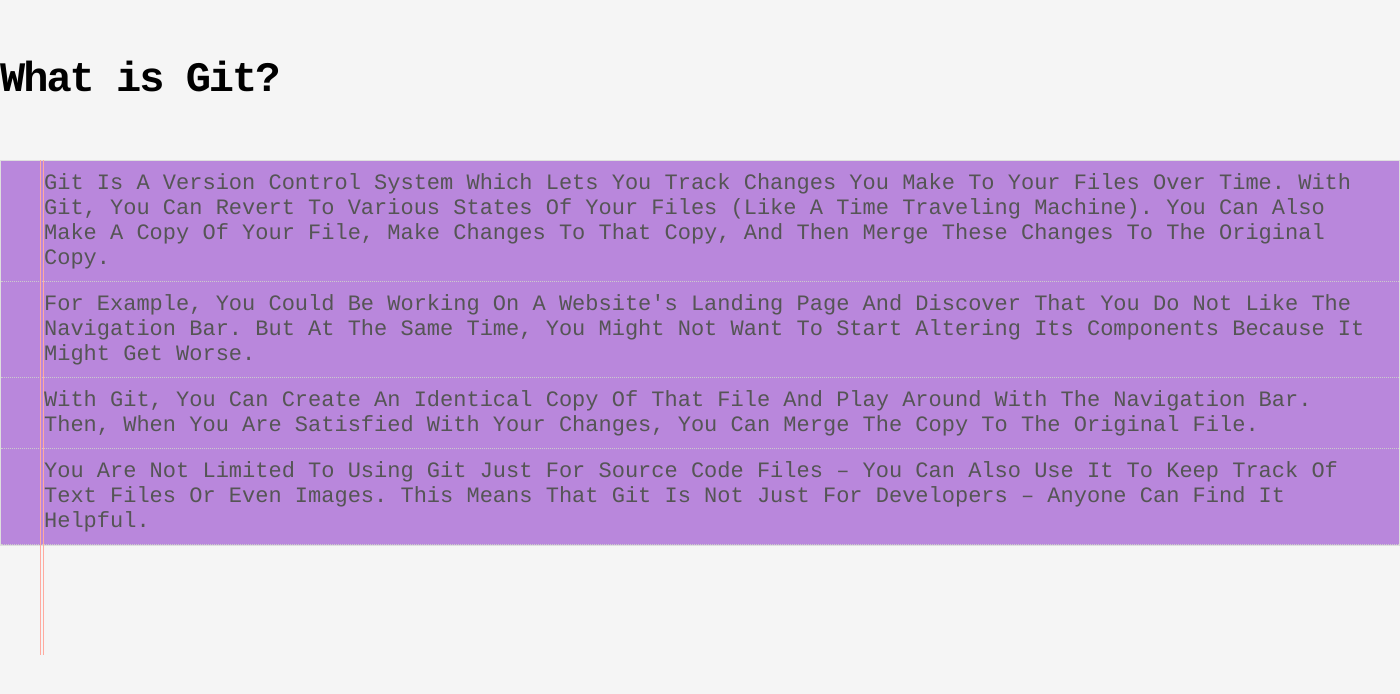
Repository: dev-singh-kanyal/Archive-git_github
Page: src/what is git.html
The author's editor kept a copy of each file at every save. The page is drawn from the files as they stood at one save, then again after the next save.
The browser window is 1280 px wide. The page is 1400 px wide, so the pictures cover 1400 px, including what lies to the right of the window. The pictures show the whole page.
Some web fonts or font styles are not loaded; a fallback is used.

Above is the page before, as saved 2022-06-24 16:42:21.

### src/what is git.html
<!DOCTYPE HTML>
<html>

<head>
   <meta charset="UTF-8">
   <title>Git</title>
   <link rel="stylesheet" href="/src/style.css">
   <link href="https://fonts.googleapis.com/css2?family=Reenie+Beanie&display=swap" rel="stylesheet">
</head>

<body>

    <h4>What is Git?</h4>

    <div class="lines"></div>

    <ul class="list">
      <li>Git is a version control system which lets you track changes you make to your files over time. With Git, you can revert to various states of your files (like a time traveling machine). You can also make a copy of your file, make changes to that copy, and then merge these changes to the original copy.</li>
      <li>For example, you could be working on a website's landing page and discover that you do not like the navigation bar. But at the same time, you might not want to start altering its components because it might get worse.</li>
      <li>With Git, you can create an identical copy of that file and play around with the navigation bar. Then, when you are satisfied with your changes, you can merge the copy to the original file.</li>
      <li>You are not limited to using Git just for source code files – you can also use it to keep track of text files or even images. This means that Git is not just for developers – anyone can find it helpful.</li>
    </ul>

</body>
</html>

### src/style.css
body {
    background-color: #f5f5f5;
    width: 1400px;
    margin: 0 auto;
    padding: 0;
  }
  h4 {
    color: #000000;
    font-size: 42px;
    letter-spacing: -2px;
    font-family: courier, monospace;
    text-align: left;
  }
  a {
    text-decoration: none;
    color: inherit;
  }
  .list {
    color: #555;
    background-color: #b987dc;
    font-size: 22px;
    /* font-size: 2rem; */
    padding: 0 !important;
    width: auto;
    /* font-family: 'Reenie Beanie'; */
    font-family: courier, monospace;
    border: 1px solid #dedede;

  }
  .list li {
    list-style: none;
    border-bottom: 1px dotted #ccc;
    /* text-indent: 25px; */
    height: auto;
    padding: 10px;
    text-transform: capitalize;
  }
  .list li:hover {
    background-color: #f0f0f0;
    -webkit-transition: all 0.2s;
    -moz-transition:    all 0.2s;
    -ms-transition:     all 0.2s;
    -o-transition:      all 0.2s;
  }
  .lines {
    border-left: 1px solid #ffaa9f;
    border-right: 1px solid #ffaa9f;
    width: 2px;
    float: left;
    height: 495px;
    margin-left: 40px;

  }

After the next save:
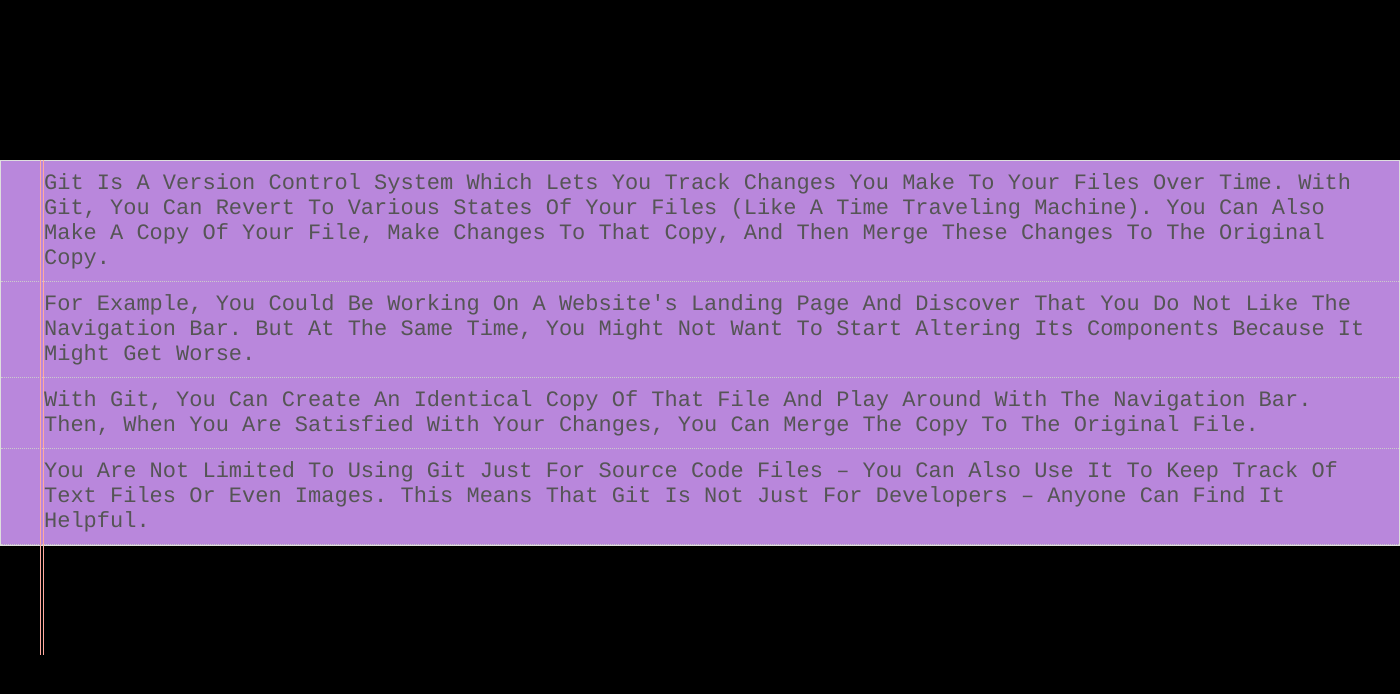
Saved 15 s later.
--- a/src/style.css
+++ b/src/style.css
@@ -1,5 +1,5 @@
 body {
-    background-color: #f5f5f5;
+    background-color: #000000;
     width: 1400px;
     margin: 0 auto;
     padding: 0;

After the save that followed:
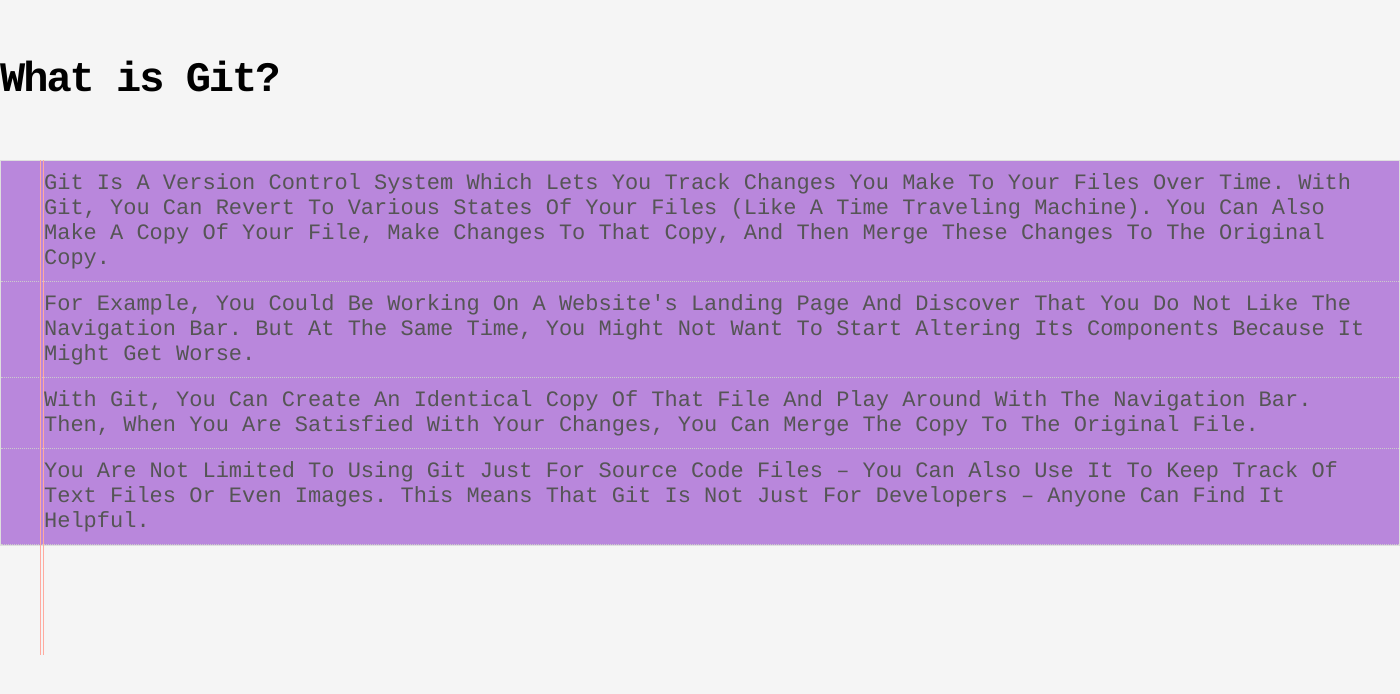
Saved 11 s later.
--- a/src/style.css
+++ b/src/style.css
@@ -1,5 +1,5 @@
 body {
-    background-color: #000000;
+    background-color: #f5f5f5;
     width: 1400px;
     margin: 0 auto;
     padding: 0;
